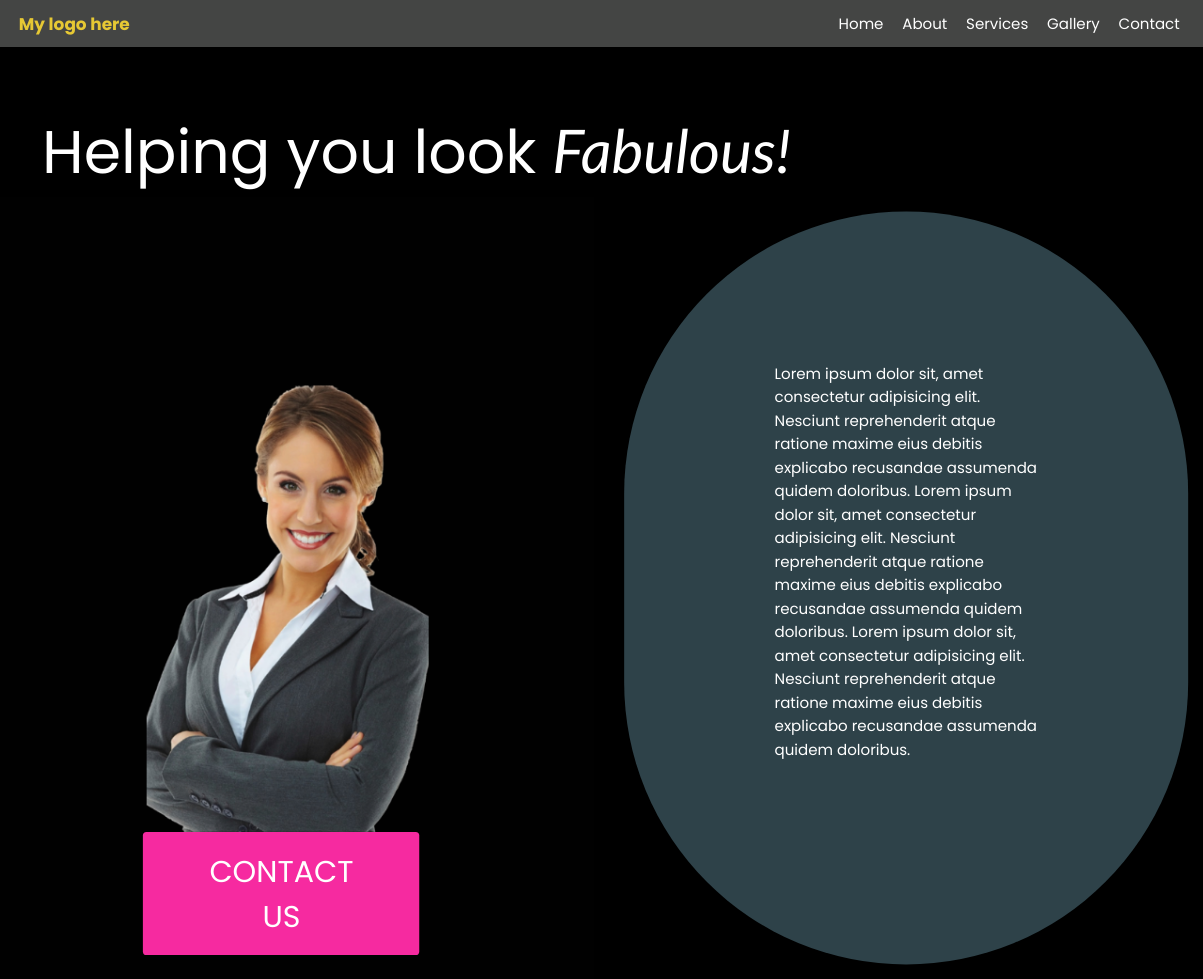
Repository: buzzedison/gardens
Page: index.html
These files come from the project's save history. The page is drawn as it stood at one moment and after the next save; the edit follows.
The browser window is 1280 px wide. The pictures show the whole page, at 94% of full size.

Above is the page before, as saved 2022-01-12 20:14:53.

After the next save:
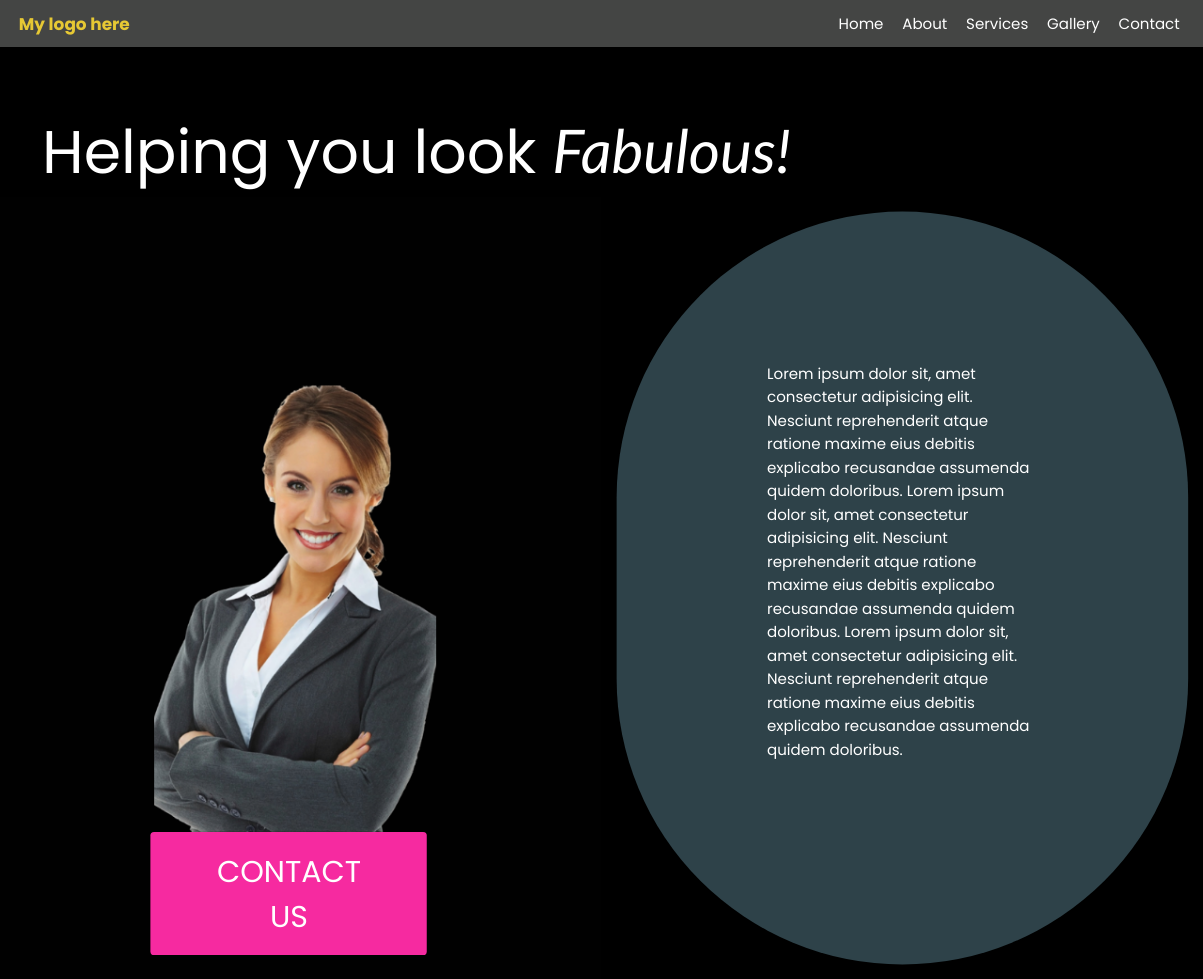
Saved 41 s later.
--- a/css/styles.css
+++ b/css/styles.css
@@ -151,7 +151,7 @@ ul li:hover {
   display:grid;
   grid-template-columns: 40% 60%;
   /* seperating columns */
-  grid-column-gap: 1em;
+  grid-column-gap: -1em;
   box-sizing: border-box;
 
   /* browser automatically breaks when it gets to 300px */
@@ -227,7 +227,7 @@ a.button{
 
   .img {
     float:right;
-    position:relative;
+
   }
 
 
